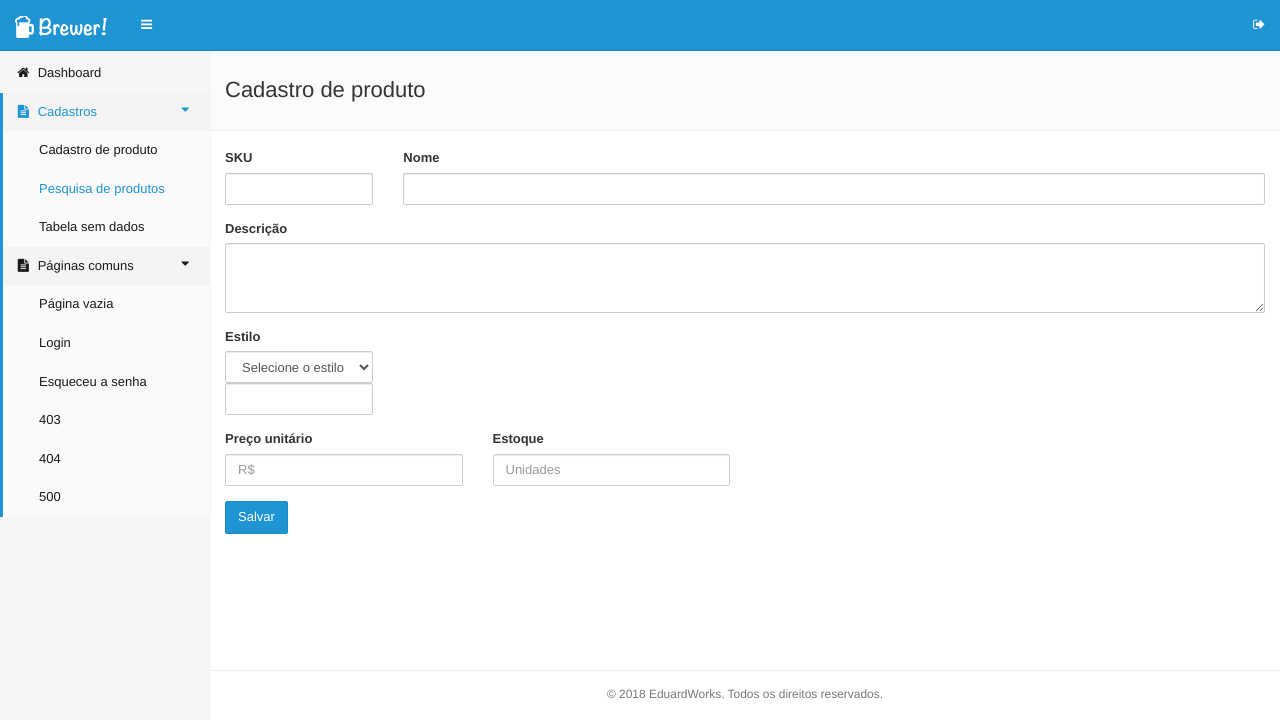
Repository: dumuller/spring-expert
Page: http://localhost/cerveja/CadastroCerveja
An editor plug-in stored every save of this project. The page is shown before and after the next save, followed by the edit.
The browser window is 1280 px wide. The pictures show the whole page.
The page is this project's Thymeleaf template; nobody is signed in. The template is opened directly, without the code that normally fills it, so the values that code supplies are empty.

Above is the page before, as saved 2018-12-10 16:34:21.

### brewer/src/main/resources/templates/cerveja/CadastroCerveja.html
<!DOCTYPE html>
<html lang="pt"xmlns="http://www.w3.org/1999/xhtml "
	           xmlns:th="http://www.thymeleaf.org">
<head>
	<meta charset="UTF-8"/>
	<meta http-equiv="X-UA-Compatible" content="IE=edge"/>
	<meta name="viewport" content="width=device-width, initial-scale=1"/>

	<title>Brewer</title>

	<link rel="stylesheet" type="text/css" href="/brewer/layout/stylesheets/vendors.min.css"/>
	<link rel="stylesheet" type="text/css" href="/brewer/layout/stylesheets/algaworks.min.css"/>
	<link rel="stylesheet" type="text/css" href="/brewer/layout/stylesheets/application.css"/>

	<!-- HTML5 shim and Respond.js for IE8 support of HTML5 elements and media queries -->
	<!-- WARNING: Respond.js doesn't work if you view the page via file:// -->
	<!--[if lt IE 9]>
		<script src="https://oss.maxcdn.com/html5shiv/3.7.2/html5shiv.min.js"></script>
		<script src="https://oss.maxcdn.com/respond/1.4.2/respond.min.js"></script>
	<![endif]-->
</head>
<body>

	<div class="aw-layout-page">


	<nav class="navbar  navbar-fixed-top  navbar-default  js-sticky-reference" id="main-navbar">
	  <div class="container-fluid">

	    <div class="navbar-header">
	      <a class="navbar-brand  hidden-xs" href="#">
	        <img alt="AlgaWorks" src="/brewer/images/logo.png"/>
	      </a>

	      <ul class="nav  navbar-nav">
	        <li>
	          <a href="#" class="js-sidebar-toggle"><i class="fa  fa-bars"></i></a>
	        </li>
	      </ul>
	    </div>

	    <ul class="nav navbar-nav  navbar-right">

	      <li>
	        <a href="#"><em class="fa  fa-sign-out"></em></a>
	      </li>
	    </ul>

	  </div>
	</nav>

	<aside class="aw-layout-sidebar  js-sidebar">
		<div class="aw-layout-sidebar__content">

	    	<nav class="aw-menu  js-menu">
	      		<ul class="aw-menu__list">

	        	<li class="aw-menu__item">
	         	 	<a href="dashboard.html"><i class="fa  fa-fw  fa-home"></i><span>Dashboard</span></a>
	       		</li>

	        	<li class="aw-menu__item  is-active">
	          	<a href="#">
	            	<i class="fa  fa-fw  fa-file-text"></i><span>Cadastros</span>
	            	<i class="aw-menu__navigation-icon  fa"></i>
	          	</a>

	          	<ul class="aw-menu__list  aw-menu__list--sublist">
	            	<li class="aw-menu__item  aw-menu__item--link"><a href="cadastro-produto.html">Cadastro de produto</a></li>
	            	<li class="aw-menu__item  aw-menu__item--link  is-active"><a href="pesquisa-produtos.html">Pesquisa de produtos</a></li>
	            	<li class="aw-menu__item  aw-menu__item--link"><a href="tabela-sem-dados.html">Tabela sem dados</a></li>
	          	</ul>
	        	</li>

	        	<li class="aw-menu__item  is-expanded">
	          	<a href="#">
	            	<i class="fa  fa-fw  fa-file-text"></i><span>Páginas comuns</span>
	            	<i class="aw-menu__navigation-icon  fa"></i>
	          	</a>

	          	<ul class="aw-menu__list  aw-menu__list--sublist">
	            	<li class="aw-menu__item  aw-menu__item--link"><a href="pagina-vazia.html">Página vazia</a></li>
	            	<li class="aw-menu__item  aw-menu__item--link"><a href="login.html">Login</a></li>
	            	<li class="aw-menu__item  aw-menu__item--link"><a href="esqueceu-a-senha.html">Esqueceu a senha</a></li>
	            	<li class="aw-menu__item  aw-menu__item--link"><a href="403.html">403</a></li>
	            	<li class="aw-menu__item  aw-menu__item--link"><a href="404.html">404</a></li>
	            	<li class="aw-menu__item  aw-menu__item--link"><a href="500.html">500</a></li>
	          	</ul>
	        	</li>

	      		</ul>
	    	</nav>

		</div>
	</aside>

	<section class="aw-layout-content  js-content">


		<div class="page-header">
			<div class="container-fluid">
				<h1>
					Cadastro de produto
				</h1>
			</div>
		</div>

		<div class="container-fluid">

			<!-- <div class="alert  alert-danger  alert-dismissible" role="alert">
				<button type="button" class="close" data-dismiss="alert" aria-label="Close"><span aria-hidden="true">&times;</span></button>
				<i class="fa  fa-exclamation-circle"></i> Já existe um produto com o nome informado.
			</div> -->

			<form method="POST" th:object="${cerveja}" class="form-vertical  js-form-loading">
				<div class="row">
						<div class="col-sm-2 form-group">
							<label for="sku">SKU</label>
							<input id="sku" type="text" class="form-control"/>
						</div>

						<div class="col-sm-10 form-group">
							<label for="nome">Nome</label>
							<input id="nome" type="text" class="form-control"></input>
						</div>

				</div>

				<div class="form-group">
					<label for="descricao">Descrição</label>
					<textarea id="descricao" rows="3" class="form-control"></textarea>
				</div>

				<div class="row">
						<div class="col-sm-2 form-group">
							<label for="estilo">Estilo</label>
							<select id="estilo" class="form-control"/>
								<option value="">Selecione o estilo</option>
						</div>

						<div class="col-sm-10 form-group">
							<label for="nome">Nome</label>
							<input id="nome" type="text" class="form-control"></input>
						</div>

				</div>

				<div class="row">
					<div class="col-sm-3">
						<div class="form-group">
							<label for="input-produto-preco">Preço unitário</label>
							<input id="input-produto-preco" type="text" class="form-control" placeholder="R$"/>
						</div>
					</div>

					<div class="col-sm-3">
						<div class="form-group">
							<label for="input-produto-estoque">Estoque</label>
							<input id="input-produto-estoque" type="text" class="form-control" placeholder="Unidades"/>
						</div>
					</div>
				</div>

				<div class="form-group">
					<button class="btn  btn-primary" type="submit">Salvar</button>
				</div>

			</form>
		</div>

	</section>

	<footer class="aw-layout-footer  js-content">
		<div class="container-fluid">
			<span class="aw-footer-disclaimer">&copy; 2018 EduardWorks. Todos os direitos reservados.</span>
		</div>
	</footer>

</div>

<script src="/brewer/layout/javascripts/vendors.min.js"></script>
<script src="/brewer/layout/javascripts/algaworks.min.js"></script>

</body>
</html>

### brewer/src/main/resources/static/layout/stylesheets/application.css
.table-pesq-produto-col-preco {
  min-width: 130px;
  text-align: center;
  display: none !important;
}
@media (min-width: 992px) {
  .table-pesq-produto-col-preco {
    display: block !important;
  }
  table.table-pesq-produto-col-preco {
    display: table !important;
  }
  tr.table-pesq-produto-col-preco {
    display: table-row !important;
  }
  th.table-pesq-produto-col-preco,
  td.table-pesq-produto-col-preco {
    display: table-cell !important;
  }
}
.table-pesq-produto-col-estoque {
  min-width: 100px;
  text-align: center;
  display: none !important;
}
@media (min-width: 992px) {
  .table-pesq-produto-col-estoque {
    display: block !important;
  }
  table.table-pesq-produto-col-estoque {
    display: table !important;
  }
  tr.table-pesq-produto-col-estoque {
    display: table-row !important;
  }
  th.table-pesq-produto-col-estoque,
  td.table-pesq-produto-col-estoque {
    display: table-cell !important;
  }
}
.table-pesq-produto-col-status {
  min-width: 100px;
  text-align: center;
}
.table-pesq-produto-col-acoes {
  min-width: 105px;
  text-align: center;
}

Loaded but not shown: brewer/src/main/resources/static/layout/stylesheets/vendors.min.css (library); brewer/src/main/resources/static/layout/stylesheets/algaworks.min.css (library); brewer/src/main/resources/static/layout/javascripts/vendors.min.js (library); brewer/src/main/resources/static/layout/javascripts/algaworks.min.js (common file)

After the next save:
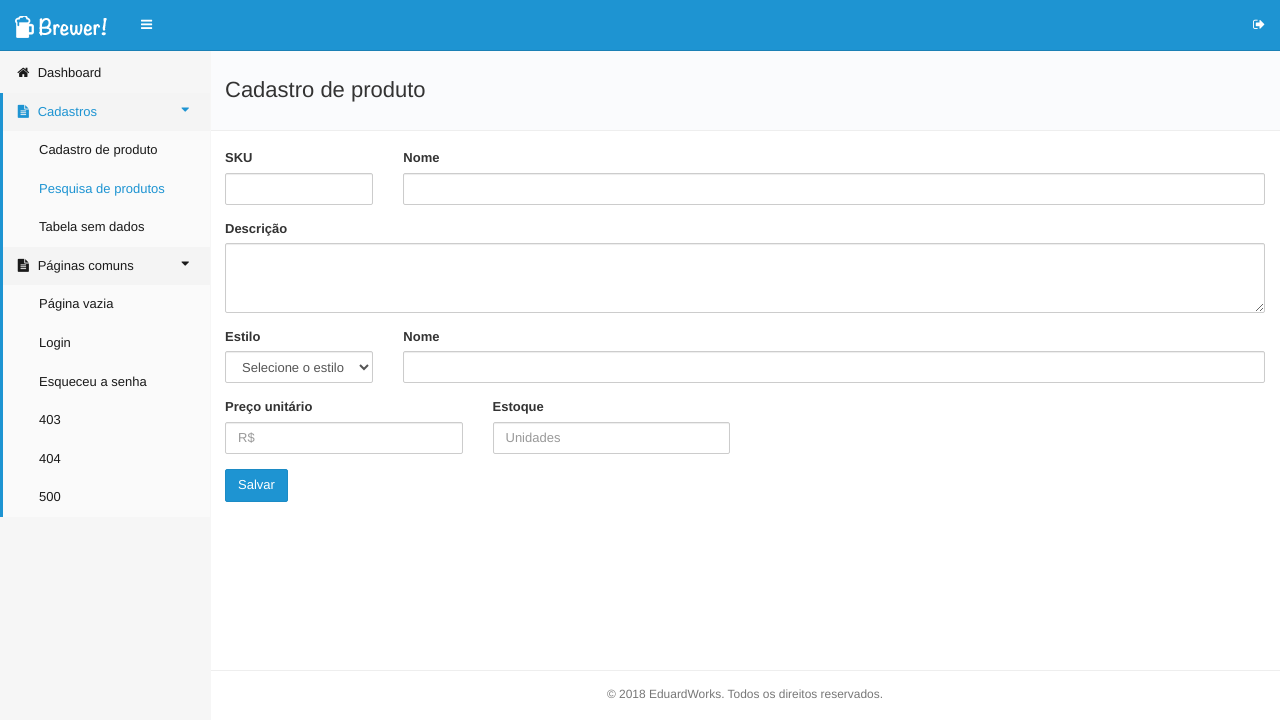
Saved 29 s later.
--- a/brewer/src/main/resources/templates/cerveja/CadastroCerveja.html
+++ b/brewer/src/main/resources/templates/cerveja/CadastroCerveja.html
@@ -136,6 +136,7 @@
 							<label for="estilo">Estilo</label>
 							<select id="estilo" class="form-control"/>
 								<option value="">Selecione o estilo</option>
+							</select>
 						</div>
 
 						<div class="col-sm-10 form-group">
